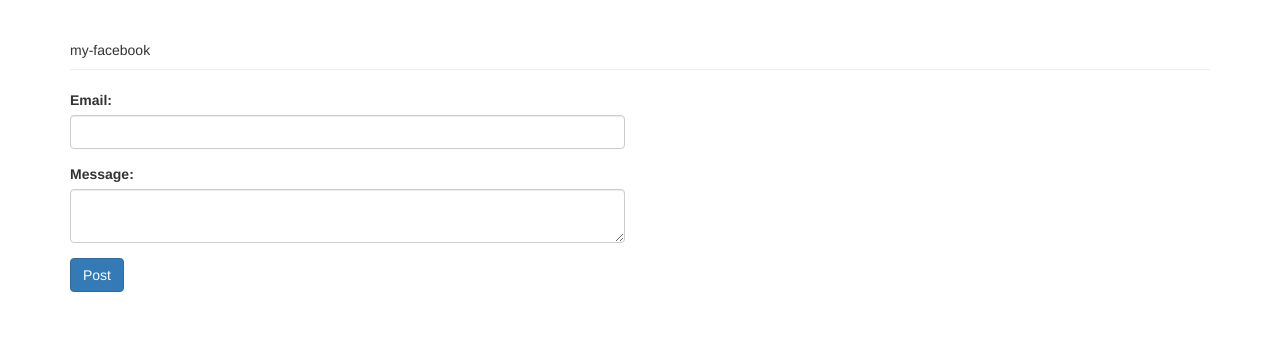
Repository: nagabhushanamn/itc-batch
Page: new/my-facebook/WebContent/index.html
These files come from the project's save history. The page is drawn as it stood at one moment and after the next save; the edit follows.
The browser window is 1280 px wide. The pictures show the whole page.

Above is the page before, as saved 2017-03-18 10:37:13.

After the next save:
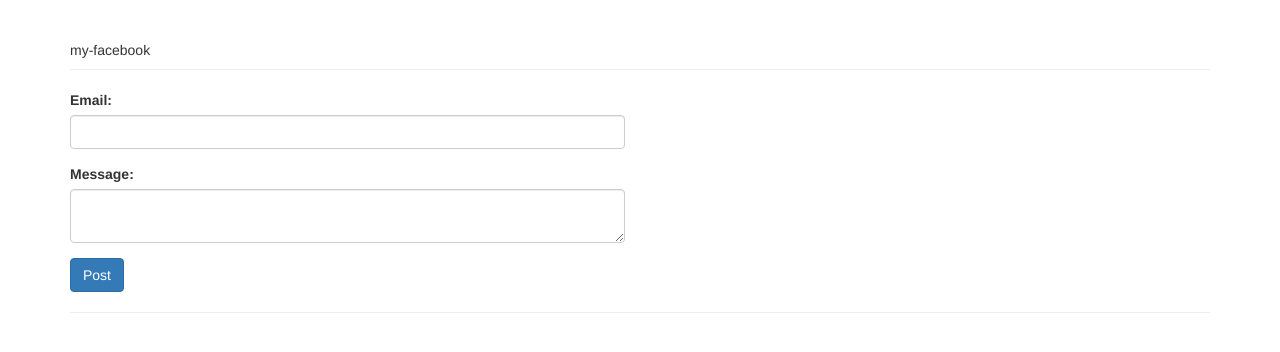
Saved 22 s later.
--- a/new/my-facebook/WebContent/index.html
+++ b/new/my-facebook/WebContent/index.html
@@ -10,9 +10,7 @@
 	<div class="page-header">my-facebook</div>
 
 	<div class="row">
-
 		<div class="col-sm-6">
-
 			<form action="">
 				<div class="form-group">
 					<label>Email:</label>
@@ -24,10 +22,11 @@
 				</div>
 				<button type="submit" class="btn btn-primary">Post</button>
 			</form>
+		</div>
+	</div>
+	<hr/>
 
-		</div>
 
-	</div>
 
 
 </body>
